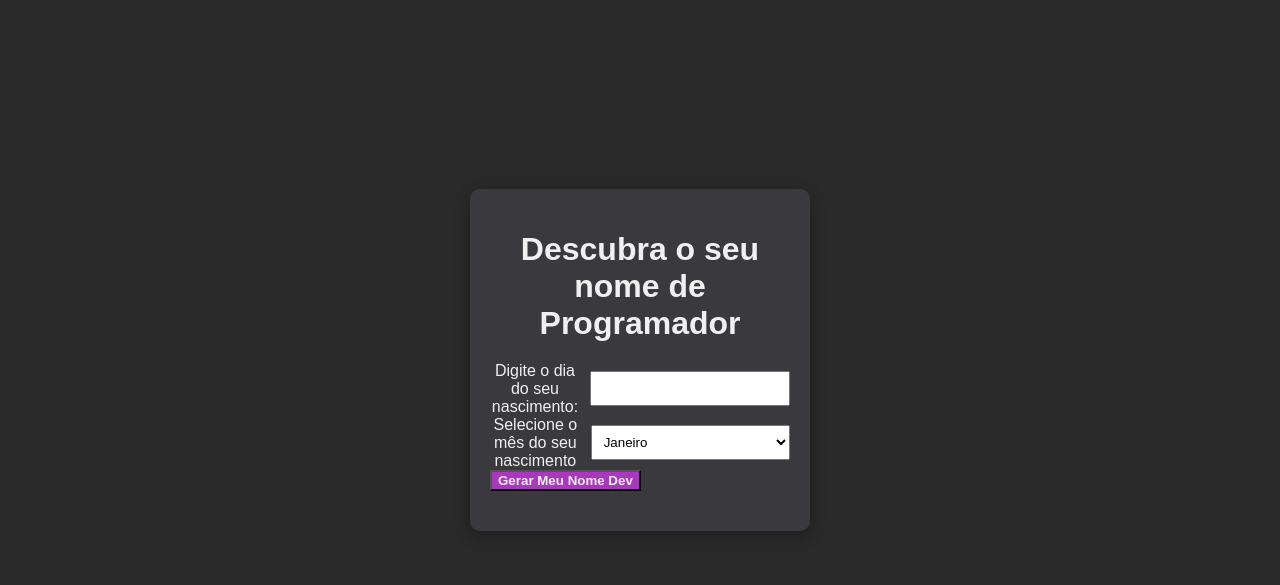
Repository: analessp/seu-nome-dev
Page: index.html
The author's editor kept a copy of each file at every save. The page is drawn from the files as they stood at one save, then again after a run of saves.
The browser window is 1280 px wide. The pictures show the whole page.

Above is the page before, as saved 2025-05-13 11:32:06.

After the next 7 saves:
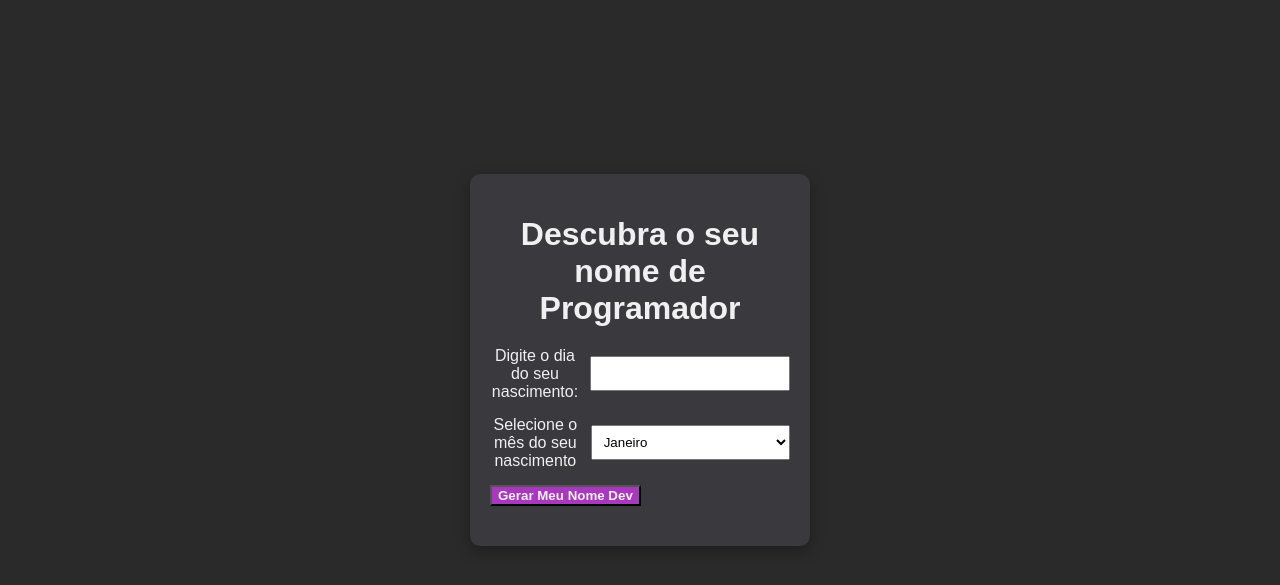
The 7 saves are shown as one change because they came seconds apart.
The last was saved 17 s later.
--- a/styles.css
+++ b/styles.css
@@ -25,6 +25,8 @@ h1 {
 .form-group {
     display: flex;
     align-items: center;
+    justify-content: space-between;
+    margin-bottom: 15px;
 }
 
 .form-group label {
